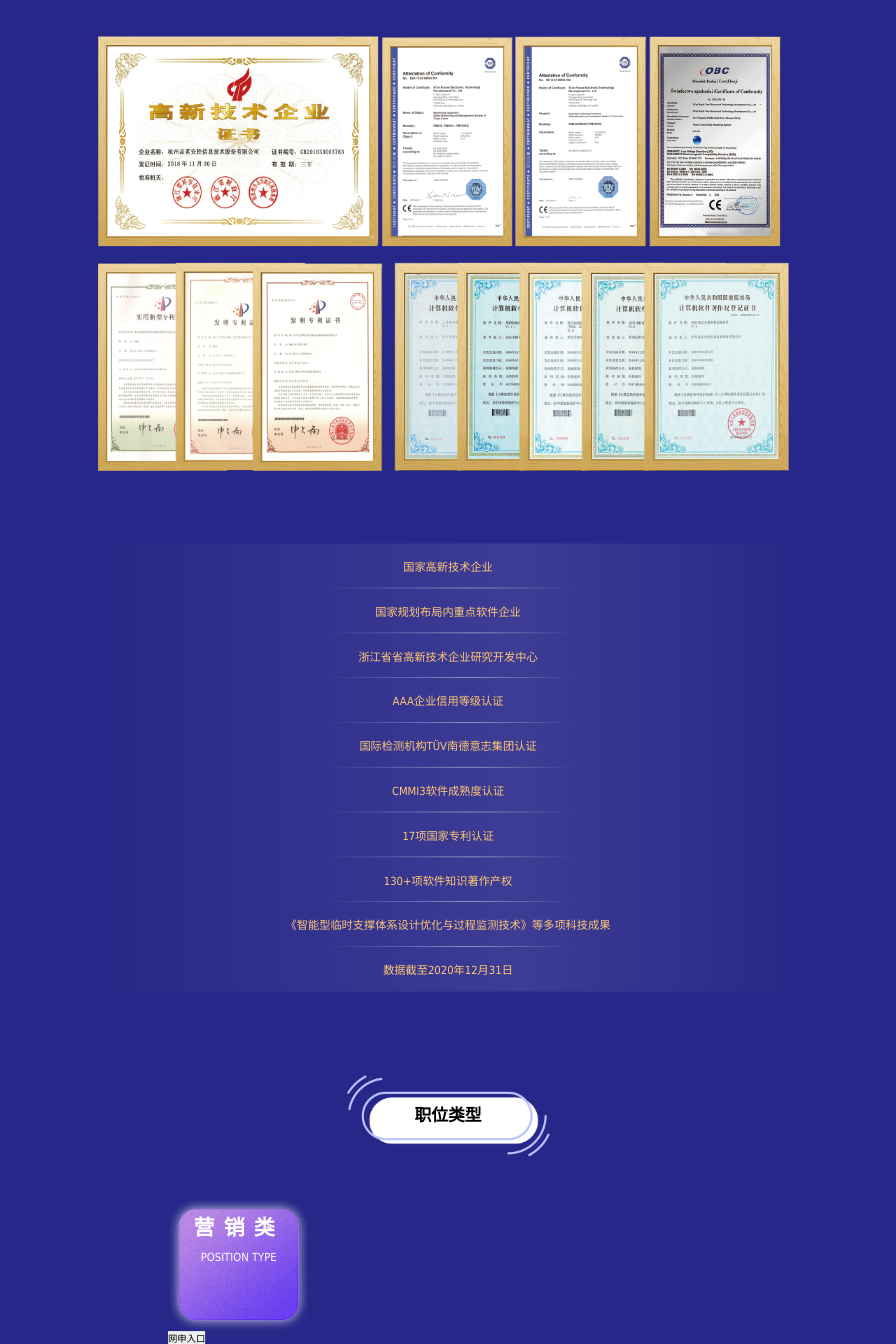
Repository: wxamlzm/campus-pm
Page: views/index.html
An editor plug-in stored every save of this project. The page is shown before and after the next save, followed by the edit.
The browser window is 1280 px wide. The pictures show the part of the page from y = 1992 to 3912 px (the page is 3912 px tall), at 70% of full size.

Above is the page before, as saved 2021-07-29 23:18:43.

After the next save:
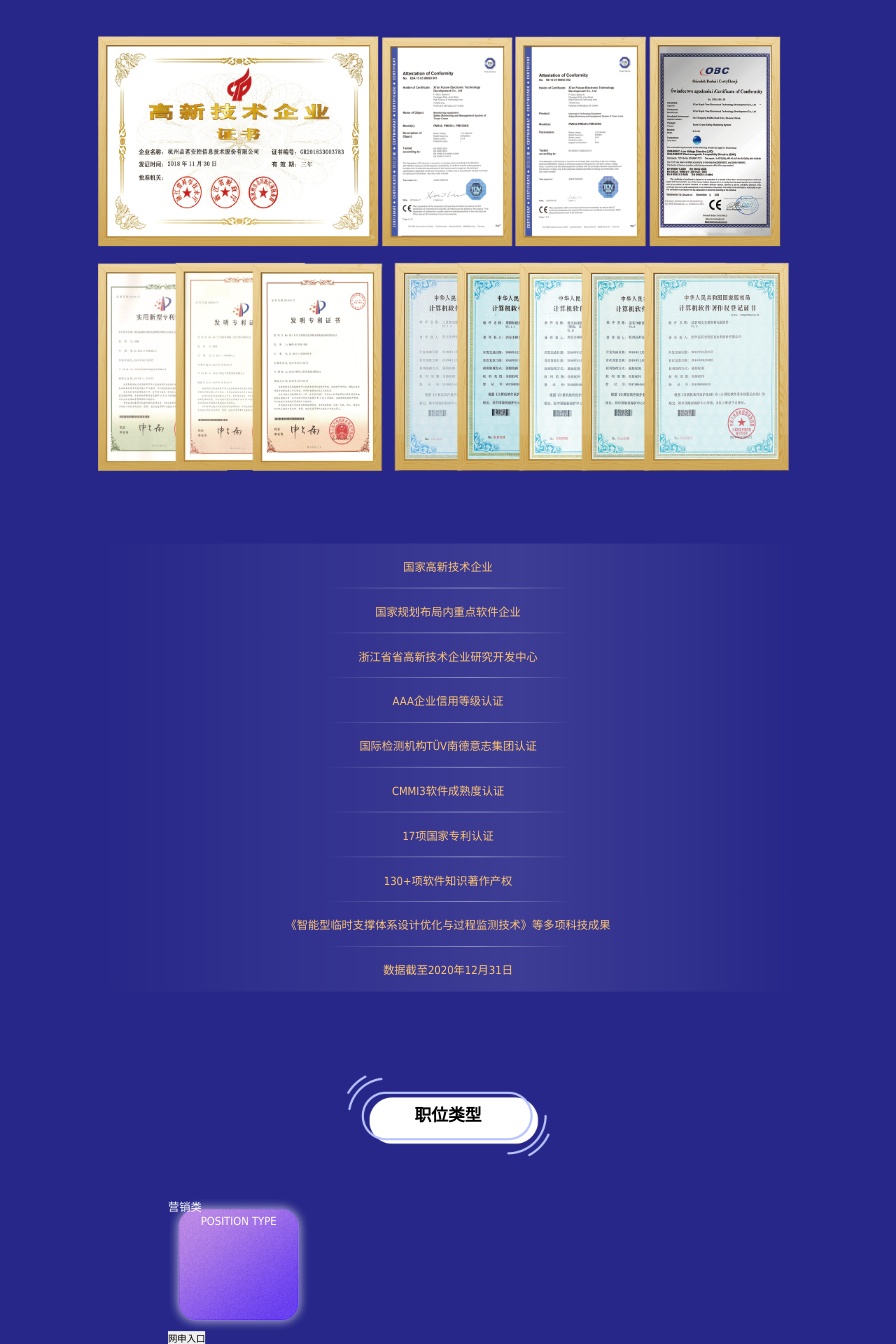
Saved 18 s later.
--- a/views/index.html
+++ b/views/index.html
@@ -72,7 +72,7 @@
                     <div class="job-panel">
                         <div>
                             <div class="job-type-box">
-                                <div>营销类</div>
+                                    <p>营销类</p>
                                 <div>POSITION TYPE</div>
                             </div>
                         </div>
